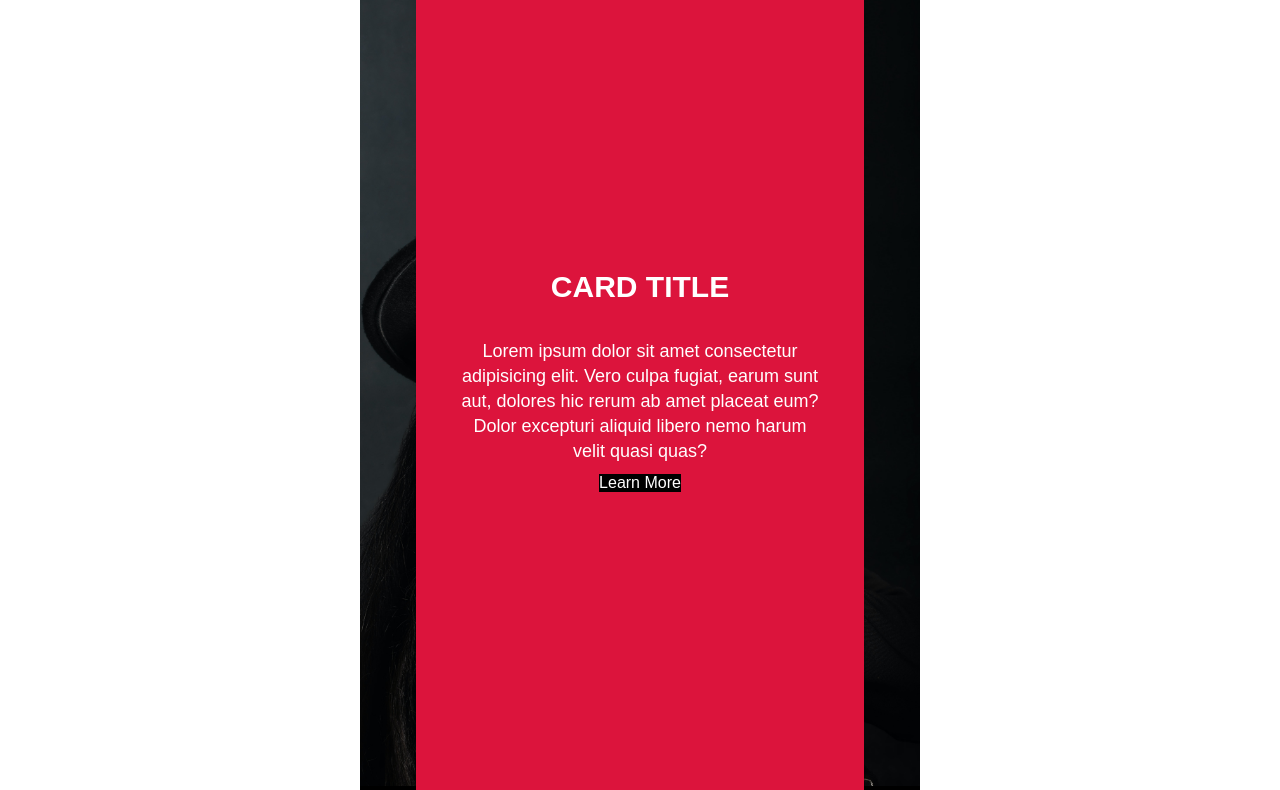
Repository: DevMike1993/100_Projects_HTML_CSS_JAVASCRIPT
Page: 07_Creative_Image_Hover_Effect/03_Effect/index.html
These files come from the project's save history. The page is drawn as it stood at one moment and after the next save; the edit follows.
The browser window is 1280 px wide. The pictures show the whole page.

Above is the page before, as saved 2023-11-30 12:44:50.

After the next save:
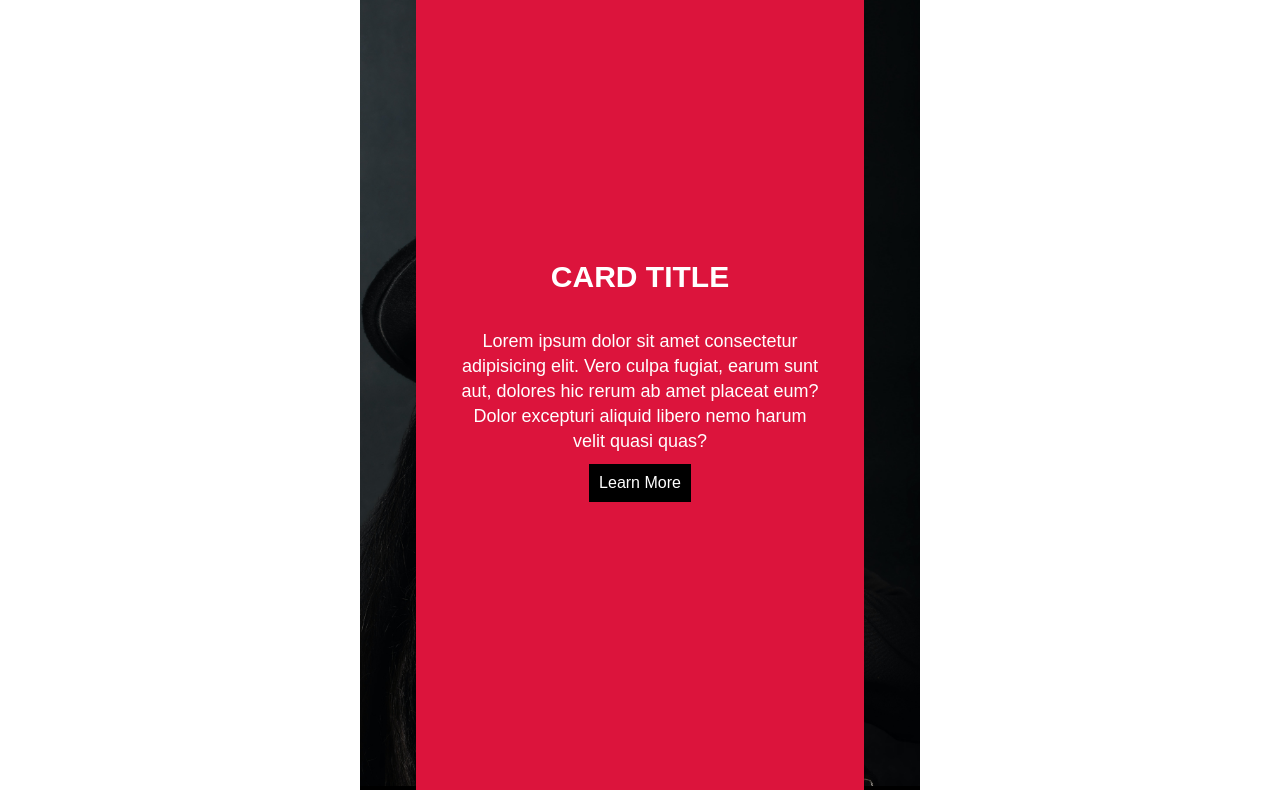
Saved 5 s later.
--- a/07_Creative_Image_Hover_Effect/03_Effect/style.css
+++ b/07_Creative_Image_Hover_Effect/03_Effect/style.css
@@ -52,7 +52,7 @@ a {
     text-decoration: none;
     background-color: black;
     color: #fff;
-    padding: ;
+    padding: 10px ;
 }
 
 img {
